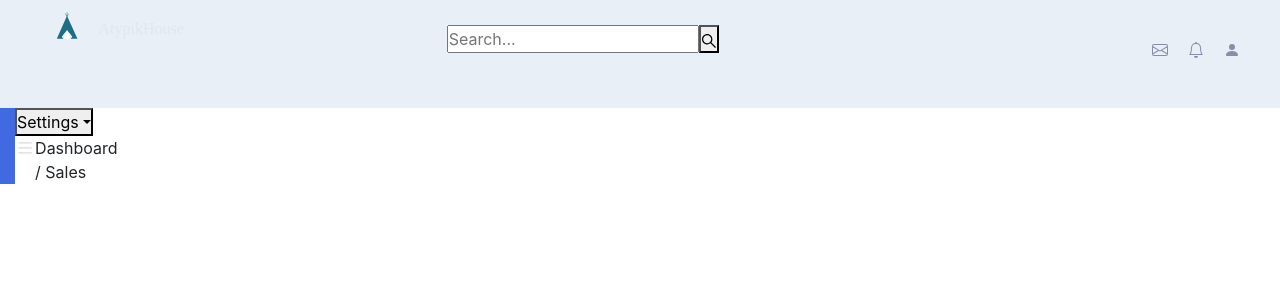
Repository: kifack/API-Symfony-AtypikHouse
Page: / (app in admin-frontend/)
An editor plug-in stored every save of this project. The page is shown before and after the next save, followed by the edit.
The browser window is 1280 px wide. The pictures show the whole page.
Some web libraries are served in a nearby version. The project was rebuilt for these pictures with package versions that can differ from the ones it lists, and the page was loaded fresh each time. Also part of the build but not shown: admin-frontend/src/css/Responsive.css, admin-frontend/src/css/admin/navbar.css, admin-frontend/src/components/template_parts/Header.js, admin-frontend/src/components/template_parts/Footer.js, admin-frontend/src/components/template_parts/Sidebar.js, admin-frontend/src/components/partials/LocationEntry.js, admin-frontend/src/components/template_parts/Spinner.js, admin-frontend/src/actions/location.js and 26 more.

Above is the page before, as saved 2020-10-01 19:30:36.

### admin-frontend/public/index.html
<!DOCTYPE html>
<html lang="en">
  <head>
    <meta charset="utf-8" />
    <link rel="icon" href="%PUBLIC_URL%/atypikhouse.ico" />
    <meta name="viewport" content="width=device-width, initial-scale=1" />
    <meta name="theme-color" content="#000000" />
    <meta
      name="description"
      content="Web site created using create-react-app"
    />
    <link
      rel="stylesheet"
      href="https://use.fontawesome.com/releases/v5.8.1/css/all.css"
      integrity="sha384-50oBUHEmvpQ+1lW4y57PTFmhCaXp0ML5d60M1M7uH2+nqUivzIebhndOJK28anvf"
      crossorigin="anonymous"
    />
    <!--
      manifest.json provides metadata used when your web app is installed on a
      user's mobile device or desktop. See https://developers.google.com/web/fundamentals/web-app-manifest/
    -->
    <!-- <link rel="manifest" href="%PUBLIC_URL%/manifest.json" /> -->
    <!--
      Notice the use of %PUBLIC_URL% in the tags above.
      It will be replaced with the URL of the `public` folder during the build.
      Only files inside the `public` folder can be referenced from the HTML.

      Unlike "/favicon.ico" or "favicon.ico", "%PUBLIC_URL%/favicon.ico" will
      work correctly both with client-side routing and a non-root public URL.
      Learn how to configure a non-root public URL by running `npm run build`.
    -->
    <script
      src="https://code.jquery.com/jquery-3.5.1.min.js"
      integrity="sha256-9/aliU8dGd2tb6OSsuzixeV4y/faTqgFtohetphbbj0="
      crossorigin="anonymous"
    ></script>
    <script src="https://stackpath.bootstrapcdn.com/bootstrap/4.5.2/js/bootstrap.min.js"></script>
    <script
      src="https://code.jquery.com/jquery-3.5.1.min.js"
      integrity="sha256-9/aliU8dGd2tb6OSsuzixeV4y/faTqgFtohetphbbj0="
      crossorigin="anonymous"
    ></script>

    <script src="https://stackpath.bootstrapcdn.com/bootstrap/4.5.2/js/bootstrap.min.js"></script>
    <title>AtypikHouse</title>
  </head>
  <body>
    <noscript>You need to enable JavaScript to run this app.</noscript>
    <div id="root"></div>
    <!--
      This HTML file is a template.
      If you open it directly in the browser, you will see an empty page.

      You can add webfonts, meta tags, or analytics to this file.
      The build step will place the bundled scripts into the <body> tag.

      To begin the development, run `npm start` or `yarn start`.
      To create a production bundle, use `npm run build` or `yarn build`.
    -->
  </body>
</html>

### admin-frontend/src/index.js
import React from 'react';
import ReactDOM from 'react-dom';
import App from './components/App';
import 'bootstrap/dist/css/bootstrap.min.css';
import { Provider } from 'react-redux';
import configureStore from './store/store';
import HeaderBack from './components/backend/HeaderBack';


const store = configureStore();
ReactDOM.render(
  <React.StrictMode>
    <Provider store={store}>
      <HeaderBack />
    </Provider>

  </React.StrictMode>,
  document.getElementById('root')
);

### admin-frontend/src/store/store.js
import { createStore, applyMiddleware } from "redux";
import { composeWithDevTools } from "redux-devtools-extension";
import thunk from "redux-thunk";
import rootReducer from "../reducers";

const configureStore = () => {
  const initialState = {};

  const middleware = [thunk];

  const store = createStore(
    rootReducer,
    initialState,
    composeWithDevTools(applyMiddleware(...middleware))
  );
  return store;
};

export default configureStore;

### admin-frontend/src/components/backend/HeaderBack.js
import React from "react";
import { Navbar, Nav, Image, Row, Container, Col } from "react-bootstrap";
import { BsBell, BsEnvelope, BsFillPersonFill, BsList } from "react-icons/bs";
import { FaSistrix } from "react-icons/fa";
import logo from './../../media/logonegatif.svg';


class HeaderBack extends React.Component{
    render(){
        return(

            <header>
            <Navbar>

                <div className="blue-sky menuhaut">
                <Container >
                <Row className="align-items-center">
                    <Col>
                        <Nav.Link><Image class="logo"src={logo}/><span class="titlesite">AtypikHouse</span></Nav.Link>
                    </Col>
                    <Col>
                        <form >

                        <input  type="text" placeholder="Search..." aria-label="Search"  />
                        <button type="submit" ><FaSistrix className="icons"/></button>
                        </form>
                    </Col>
                    <Col className="d-flex justify-content-end">
                        <Nav.Link><BsEnvelope className="icon-env"/></Nav.Link>
                        <Nav.Link><BsBell className="icon-bell"/></Nav.Link>
                        <Nav.Link><BsFillPersonFill className="icon-person"/></Nav.Link>
                    </Col>
                </Row >
                </Container>
                </div>

                    <div class="blue-sky sous-header">
                    <Container>
                    <Row className="align-items-center">
                        <Col>
                        <button className="dropdown-toggle" type="button" id="setting">Settings</button>
                        </Col>

                        <Col className="d-flex justify-content-end">
                        <BsList class="icon-list"/>
                        <span className="titlelist"> Dashboard / Sales</span>
                        </Col>


                    </Row>
                    </Container>
                    </div>

            </Navbar>
         </header>


        )
    }

}

export default HeaderBack;

### admin-frontend/src/utils/setAuthToken.js
import api from "./api";

const setAuthToken = (token) => {
  if (token) {
    console.log("setting...");
    api.defaults.headers.common.authorization = "Bearer " + token;
    localStorage.setItem("token", token);
  } else {
    console.log("deleting...");
    delete api.defaults.headers.common["Authorization"];
    localStorage.removeItem("token");
  }
};

export default setAuthToken;

### admin-frontend/src/css/App.css
:root {
  --primaryColor: #1c6e86;
  --secondaryColor :#060818;
  --tierColor: #1e2020;
  --white: #ffffff;
}

* {
  margin: 0;
  padding: 0;
  box-sizing: border-box;
}

@font-face {
  font-family: "title-logo";
  src: url("./../polices/vagnotie.otf");
}
@font-face {
  font-family: "title-block";
  src: url("./../polices/Vogue.ttf");
}
@font-face {
  font-family: "title-secondaire";
  src: url("./../polices/ArcaMajora3-Bold.otf");
}
@font-face {
  font-family : "sans-serifSpe";
  src: url("./../polices/Myriad-Pro_31655.ttf");
}

.blue-sky {
  background-color: var(--secondaryColor);
}
body .blue-Marine {
  background-color: var(--primaryColor);
}

.titleBlock {
  font-family: "title-block";
  padding-top: 30px;
  font-size: 1.3rem;
  color: var(--tiercolor);
}
.titleConte{
  text-align: center;
}
.btnNb{
  padding: 10px 20px;
  text-decoration: none;
  border-radius: 20px;
  font-family: "title-secondaire";
  font-size: 1rem;
}
.secondaryNb {
  color: var(--secondaryColor);
}
.btnNb:hover {
  text-decoration: none;
  color: var(--primaryColor);
  background-color: var(--secondaryColor);
}
.conteneurBtn {
  padding-top: 20px;
}
img {
  width: 100%;
}


/*********************************************************** Header backend ************************************************************************************/













/* ################################# Header ###########################*/
header .navbar{
  padding: 0;
  margin: 0;
  display: block;
}

header .menuhaut{
  height: 15vh;
  padding: 0;
  margin: 0;
}
header .menuhaut .col:first-child{
  width: 30%;
  height: 15vh;

}
header .menuhaut .col:nth-child(2){
  width: 30%;
  height: 8vh;

}
header .menuhaut .col:nth-child(3){
  width: 30%;
  height: 5vh;

}
header .menuhaut .col:nth-child(3) .nav-link{
  padding-left: 10px;
  padding-right: 10px;
  padding-top: 0px;
  padding-bottom: 10px;

}

header .menuhaut .row{
  width: 100%;
  height: 15vh;
  margin: 0;
  padding: 0;

}
header .menuhaut .container{
  max-width: 100% ;
  margin: 0;

}

header .container img {
  width: 12%;
  margin-right: 10px;

}

.titlesite, .logo{

  color: #e0e6ed;
  width: 30px;
  font-family: "title-secondair";
  font-size: 1.0rem;
}

.icon-env, .icon-bell, .icon-person {
  color: #888ea8;
}
.icon-list{
  color: #d9dadc;
  width: 30px;
  height: 25px;
 }

/*######  sous header ######*/

header .sous-header{

 background-color: royalblue;
 width: 15px;
}






/*

input{
  background-color: #0e1726;
  border: 0px;
  border-radius: 10px;
  height: 40px;
  width: 60%;
}

button{
  background-color: #0e1726;
  border: 0px;
  border-radius: 10px;
  height: 40px;
}


button#setting {
  background-color: #1a1c2d;
  color: #d2d8df;
  font-size: 10px;
  width: 20%;
  border-radius: 12px;

  }

  .titlelist{
    color: #e9e9ea;
   }
*/

### admin-frontend/src/reducers/index.js
import { combineReducers } from "redux";
import auth from "./auth";
import location from "./location";
import user from "./user";
import comment from "./comment";
import destination from "./destination";
import category from "./category";
import thematic from "./thematic";
import field from "./field";

export default combineReducers({
  auth,
  location,
  user,
  comment,
  destination,
  category,
  thematic,
  field,
});

### admin-frontend/src/utils/api.js
import axios from "axios";
import store from "../store/store";
import { LOGOUT } from "../actions/types";

const api = axios.create({
  baseURL: "http://localhost:8000/api/v01",
  // baseURL: "http://api.f2i-dev2-ami-bc-akb-vyk.fr/api/v01",
  headers: {
    "Content-Type": "application/json",
    Accept: "application/json",
  },
});

const { dispatch } = store;

export default api;

### admin-frontend/src/css/sidebar.css
:root {
  --primaryColor: #0090d9;
  --secondaryColor: #e8f1f8;
  --tierColor: #1e2020;
  --white: #ffffff;
}

.sidebar {
  width: 240px;
  min-height: 100vh;
  transition: 0.4s;
  transition-property: width;
  background-color: #fff;

  /* background-image: linear-gradient(180deg, #4e73df 10%, #224abe 100%); */
  /* overflow-y: auto; */
}

.sidebar ul {
  /* color: var(--primaryColor); */
  height: 100%;
  width: 100%;
  list-style: none;
}
.sidebar .menu li {
  line-height: 60px;
  border-bottom: 1px solid #bdb8d7;
  border-bottom: 1px solid rgba(0, 0, 0, 0.05);
  border-top: 1px solid rgba(255, 255, 255, 0.05);
}
.sidebar .menu li:last-child {
  border-bottom: 1px solid rgba(255, 255, 255, 0.05);
}
.sidebar .menu li a {
  position: relative;
  text-decoration: none;
  color: #6c757d;
  font-size: 16px;
  padding-left: 20px;
  font-weight: 500;
  display: block;
  width: 100%;
  border-left: 3px solid transparent;
}
.sidebar .menu li a > i {
  color: var(--primaryColor);
  padding-right: 8px;
}
.sidebar .menu li.active a {
  color: #fff;
  background: #4e73df;
  /* border-left-color: #000; */
}
.sidebar .menu li a:hover {
  /* background-color: #4e73df; */
  opacity: 0.9;
  color: var(--primaryColor);
}
.sidebar .menu ul {
  position: static;
  display: none;
  background-color: #fff;
}

.sidebar .menu ul li {
  line-height: 50px;
  border-top: none;
  color: var(--primaryColor);
}

.sidebar ul li a .item {
  /* margin-left: 15px; */
  transition: 0.4s;
  transition-property: display;
}
.sidebar .menu ul li a {
  font-size: 15px;
  color: #6c757d;
  padding-left: 50px;
}
.sidebar .menu li.active ul li a {
  color: #e6e6e6;
  background: #1b1b1b;
  border-left-color: transparent;
}
.sidebar .menu ul li a:hover {
  border-left-color: var(--primaryColor);
  border-left-width: 5px;
}
.sidebar li a .caret-menu {
  position: absolute;
  top: 50%;
  right: 20px;
  transform: translateY(-50%);
  font-size: 18px;
  transition: transform 0.7s;
}
.sidebar li a span.rotate {
  transform: translateY(-50%) rotate(-180deg);
}

.wrapper.collapse-sidebar .sidebar {
  width: 70px;
}

.wrapper.collapse-sidebar .main_content {
  width: calc(100% - 70px);
}

.wrapper.collapse-sidebar .sidebar .item,
.submenu,
.wrapper.collapse-sidebar .sidebar .submenu li {
  display: none;
}

### admin-frontend/src/css/card.css
/* Navigation tabs */
:root {
  --primaryColor: #0090d9;
  --secondaryColor: #e8eff7;
  --tierColor: #1e2020;
  --white: #ffffff;
}
.tabs {
  /* width: 730px; */
  height: 100vh;
  overflow: hidden;
  border-radius: 5px;
  box-shadow: 5px 10px 5px #ccc;
  border: 1px solid #eee;
  margin-right: 10px;
}
.tabs .tab-header {
  /* height: 40px; */
  display: flex;
  align-items: center;
  width: 100%;
  padding: 15px;
  /* border: 1px solid #eee; */
}

.tabs .tab-header > div {
  width: calc(100% / 2);
  text-align: center;
  color: #888;
  font-weight: 600;
  cursor: pointer;
  font-size: 14px;
  text-transform: uppercase;
  outline: none;
}
/* .tabs .tab-header > div > i {
  display: block;
  margin-bottom: 5px;
} */
.tabs .tab-header > div.active {
  color: var(--primaryColor);
}
.tabs .tab-indicator {
  position: relative;
  width: calc(100% / 2);
  height: 5px;
  background: var(--primaryColor);
  left: 0px;
  border-radius: 5px;
  transition: all 500ms ease-in-out;
}
.tabs .tab-body {
  position: relative;
  height: calc(100% - 60px);
  padding: 10px 5px;
}
.tabs .tab-body > div {
  padding: 20px;
  position: absolute;
  width: 100%;
  top: -200%;
  opacity: 0;
  transform: scale(0.9);
  transition: opacity 500ms ease-in-out 0ms, transform 500ms ease-in-out 0ms;
}
.tabs .tab-body > div.active {
  top: 0px;
  opacity: 1;
  transform: scale(1);
}

/* Display location  */
.img-container {
  position: relative;
}
/* Next & previous buttons */
.prev,
.next {
  cursor: pointer;
  position: absolute;
  text-decoration: none !important;
  top: 50%;
  width: auto;
  margin-top: -22px;
  padding: 16px;
  color: white !important;
  font-weight: bold;
  font-size: 18px;
  transition: 0.6s ease;
  border-radius: 0 3px 3px 0;
  user-select: none;
}

/* Position the "next button" to the right */
.next {
  right: 0;
  border-radius: 3px 0 0 3px;
}
.prev {
  left: 0;
}

/* On hover, add a black background color with a little bit see-through */
.prev:hover,
.next:hover {
  background-color: rgba(0, 0, 0, 0.8);
}
/* Fading animation */
.custom-fade {
  -webkit-animation-name: fade;
  -webkit-animation-duration: 1.5s;
  animation-name: fade;
  animation-duration: 1.5s;
}

@-webkit-keyframes fade {
  from {
    opacity: 0.4;
  }
  to {
    opacity: 1;
  }
}

@keyframes fade {
  from {
    opacity: 0.4;
  }
  to {
    opacity: 1;
  }
}

### admin-frontend/src/reducers/auth.js
import {
  LOAD_USER_REQUEST,
  USER_LOADED,
  AUTH_ERROR,
  LOGIN_REQUEST,
  LOGIN_SUCCESS,
  LOGIN_FAIL,
  LOGOUT,
} from "../actions/types";
import setAuthToken from "../utils/setAuthToken";

const initialState = {
  token: localStorage.getItem("token"),
  isAuthenticated: false,
  loading: false,
  user: null,
  isLogining: false,
  error: null,
};

export default function (state = initialState, action) {
  const { type, payload } = action;

  switch (type) {
    case LOAD_USER_REQUEST:
      return {
        ...state,
        loading: true,
      };
    case USER_LOADED:
      if (payload.roles.indexOf("ROLE_ADMIN") >= 0) {
        return {
          ...state,
          isAuthenticated: true,
          loading: false,
          user: payload,
        };
      } else {
        return {
          ...state,
          isAuthenticated: false,
          loading: false,
          error: "Vous n'avez pas des droits d'accés",
        };
      }
    case LOGIN_REQUEST:
      return {
        ...state,
        isLogining: true,
      };
    case LOGIN_SUCCESS:
      if (payload.user.roles.indexOf("ROLE_ADMIN") >= 0) {
        localStorage.setItem("token", payload.token);
        setAuthToken(payload.token);
        return {
          ...state,
          isAuthenticated: true,
          isLogining: false,
          user: payload.user,
        };
      } else {
        return {
          ...state,
          isAuthenticated: false,
          isLogining: false,
          error: "Vous n'avez pas des droits d'accéss",
        };
      }

    case AUTH_ERROR:
    case LOGOUT:
      console.log("logout");
      localStorage.removeItem("token");
      return {
        ...state,
        token: null,
        isAuthenticated: false,
        loading: false,
        user: null,
        error: payload,
      };

    case LOGIN_FAIL:
      return {
        ...state,
        isLogining: false,
        error: payload.message,
      };

    default:
      return state;
  }
}

### admin-frontend/src/reducers/location.js
import {
  LOAD_LOCATIONS,
  LOAD_LOCATIONS_SUCCESS,
  LOAD_LOCATIONS_ERROR,
  VALIDATE_LOCATION,
  VALIDATE_LOCATION_ERROR,
  DEACTIVATE_LOCATION,
  DEACTIVATE_LOCATION_ERROR,
  LOAD_LOCATION,
  LOAD_LOCATION_SUCCESS,
  LOAD_LOCATION_ERROR,
} from "../actions/types";

const initialState = {
  locations: [],
  location: null,
  loading: false,
  loadingLocation: true,
};

export default function (state = initialState, action) {
  const { type, payload } = action;
  let index, locations;

  switch (type) {
    case LOAD_LOCATIONS:
      return {
        ...state,
        loading: true,
      };
    case LOAD_LOCATIONS_SUCCESS:
      return {
        ...state,
        locations: payload,
        loading: false,
      };

    case LOAD_LOCATION:
      return {
        ...state,
        loadingLocation: true,
        location: null,
      };
    case LOAD_LOCATION_SUCCESS:
      return {
        ...state,
        location: payload,
        loadingLocation: false,
      };
    case VALIDATE_LOCATION:
      index = state.locations.findIndex((item) => item.id === payload);
      locations = state.locations;
      locations[index].status = 1;

      return {
        ...state,
        locations: [...locations],
        loading: false,
      };
    case DEACTIVATE_LOCATION:
      index = state.locations.findIndex((item) => item.id === payload);
      locations = state.locations;
      locations[index].status = 2;

      return {
        ...state,
        locations: [...locations],
        loading: false,
      };

    default:
      return state;
  }
}

### admin-frontend/src/reducers/user.js
import {
  LOAD_USERS,
  LOAD_USERS_ERROR,
  LOAD_USERS_SUCCESS,
  LOAD_USER,
  LOAD_USER_SUCCESS,
  LOAD_USER_ERROR,
  TOGGLE_SIDEBAR,
  ACTIVATE_USER,
  ACTIVATE_USER_ERROR,
  DEACTIVATE_USER,
  DEACTIVATE_USER_ERROR,
} from "../actions/types";

const initialState = {
  users: [],
  user: null,
  loading: false,
  loadingUser: true,
  showSidebar: true,
};

export default function (state = initialState, action) {
  const { type, payload } = action;
  let index, users;

  switch (type) {
    case LOAD_USERS:
      return {
        ...state,
        loading: true,
      };
    case LOAD_USERS_SUCCESS:
      return {
        ...state,
        users: payload,
        loading: false,
      };

    case LOAD_USER:
      return {
        ...state,
        user: null,
        loadingUser: true,
      };
    case LOAD_USER_SUCCESS:
      return {
        ...state,
        user: payload,
        loadingUser: false,
      };
    case ACTIVATE_USER:
      index = state.users.findIndex((item) => item.id === payload);
      users = state.users;
      users[index].status = 1;

      return {
        ...state,
        users: [...users],
        loading: false,
      };
    case DEACTIVATE_USER:
      index = state.users.findIndex((item) => item.id === payload);
      users = state.users;
      users[index].status = 0;

      return {
        ...state,
        users: [...users],
        loading: false,
      };

    case TOGGLE_SIDEBAR:
      return {
        ...state,
        showSidebar: !state.showSidebar,
      };

    default:
      return state;
  }
}

### admin-frontend/src/reducers/comment.js
import {
  LOAD_COMMENTS,
  LOAD_COMMENTS_SUCCESS,
  LOAD_COMMENTS_ERROR,
  DELETE_COMMENT,
  DELETE_COMMENT_ERROR,
} from "../actions/types";

const initialState = {
  comments: [],
  loading: false,
};

export default function (state = initialState, action) {
  const { type, payload } = action;

  switch (type) {
    case LOAD_COMMENTS:
      return {
        ...state,
        loading: true,
      };

    case LOAD_COMMENTS_SUCCESS:
      return {
        ...state,
        comments: payload,
        loading: false,
      };
    case DELETE_COMMENT:
      let filteredComments = state.comments.filter(
        (item) => item.id !== payload
      );
      return {
        ...state,
        comments: [...filteredComments],
        loading: false,
      };

    default:
      return state;
  }
}

### admin-frontend/src/reducers/destination.js
import {
  LOAD_DESTINATIONS,
  LOAD_DESTINATIONS_SUCCESS,
  LOAD_DESTINATIONS_ERROR,
  ADD_DESTINATION,
  ADD_DESTINATION_ERROR,
} from "../actions/types";

const initialState = {
  destinations: [],
  loading: false,
};

export default function (state = initialState, action) {
  const { type, payload } = action;

  switch (type) {
    case ADD_DESTINATION:
      return {
        ...state,
        destinations: [...state.destinations, payload],
        loading: false,
      };
    case LOAD_DESTINATIONS:
      return {
        ...state,
        loading: true,
      };
    case LOAD_DESTINATIONS_SUCCESS:
      return {
        ...state,
        destinations: payload,
        loading: false,
      };

    default:
      return state;
  }
}

### admin-frontend/src/reducers/category.js
import {
  LOAD_CATEGORIES,
  LOAD_CATEGORIES_SUCCESS,
  LOAD_CATEGORIES_ERROR,
  ADD_CATEGORY,
  ADD_CATEGORY_ERROR,
} from "../actions/types";

const initialState = {
  categories: [],
  loading: false,
};

export default function (state = initialState, action) {
  const { type, payload } = action;

  switch (type) {
    case LOAD_CATEGORIES:
      return {
        ...state,
        loading: true,
      };
    case LOAD_CATEGORIES_SUCCESS:
      return {
        ...state,
        categories: [...payload],
        loading: false,
      };
    case ADD_CATEGORY:
      return {
        ...state,
        categories: [...state.categories, payload],
        loading: false,
      };

    default:
      return state;
  }
}

### admin-frontend/src/reducers/thematic.js
import {
  LOAD_THEMATICS,
  LOAD_THEMATICS_SUCCESS,
  LOAD_THEMATICS_ERROR,
  ADD_THEMATIC,
  ADD_THEMATIC_ERROR,
} from "../actions/types";

const initialState = {
  thematics: [],
  loading: false,
};

export default function (state = initialState, action) {
  const { type, payload } = action;

  switch (type) {
    case ADD_THEMATIC:
      return {
        ...state,
        thematics: [...state.thematics, payload],
        loading: false,
      };

    case LOAD_THEMATICS:
      return {
        ...state,
        loading: true,
      };

    case LOAD_THEMATICS_SUCCESS:
      return {
        ...state,
        thematics: payload,
        loading: false,
      };

    default:
      return state;
  }
}

### admin-frontend/src/reducers/field.js
import {
  LOAD_FIELDS,
  LOAD_FIELDS_ERROR,
  ADD_FIELD,
  ADD_FIELD_ERROR,
} from "../actions/types";

const initialState = {
  fields: [],
  loading: true,
};

export default function (state = initialState, action) {
  const { type, payload } = action;

  switch (type) {
    case LOAD_FIELDS:
      return {
        ...state,
        fields: [...payload],
        loading: false,
      };
    case ADD_FIELD:
      return {
        ...state,
        fields: [...state.fields, payload],
        loading: false,
      };

    default:
      return state;
  }
}

### admin-frontend/src/css/spinner.css
/* https://projects.lukehaas.me/css-loaders/ */
:root {
  --primaryColor: #0090d9;
  --secondaryColor: #e8eff7;
  --tierColor: #1e2020;
  --white: #ffffff;
}

.spinner {
  width: 100%;
  height: 100%;
  display: flex;
  align-items: center;
  justify-content: center;
  /* background-color: rgb(0, 0, 0); */
  /* background-color: #eee; */
}

.loader {
  color: var(--primaryColor);
  font-size: 20px;
  margin: 100px auto;
  width: 1em;
  height: 1em;
  border-radius: 50%;
  position: relative;
  text-indent: -9999em;
  -webkit-animation: load4 1.3s infinite linear;
  animation: load4 1.3s infinite linear;
  -webkit-transform: translateZ(0);
  -ms-transform: translateZ(0);
  transform: translateZ(0);
}
@-webkit-keyframes load4 {
  0%,
  100% {
    box-shadow: 0 -3em 0 0.2em, 2em -2em 0 0em, 3em 0 0 -1em, 2em 2em 0 -1em,
      0 3em 0 -1em, -2em 2em 0 -1em, -3em 0 0 -1em, -2em -2em 0 0;
  }
  12.5% {
    box-shadow: 0 -3em 0 0, 2em -2em 0 0.2em, 3em 0 0 0, 2em 2em 0 -1em,
      0 3em 0 -1em, -2em 2em 0 -1em, -3em 0 0 -1em, -2em -2em 0 -1em;
  }
  25% {
    box-shadow: 0 -3em 0 -0.5em, 2em -2em 0 0, 3em 0 0 0.2em, 2em 2em 0 0,
      0 3em 0 -1em, -2em 2em 0 -1em, -3em 0 0 -1em, -2em -2em 0 -1em;
  }
  37.5% {
    box-shadow: 0 -3em 0 -1em, 2em -2em 0 -1em, 3em 0em 0 0, 2em 2em 0 0.2em,
      0 3em 0 0em, -2em 2em 0 -1em, -3em 0em 0 -1em, -2em -2em 0 -1em;
  }
  50% {
    box-shadow: 0 -3em 0 -1em, 2em -2em 0 -1em, 3em 0 0 -1em, 2em 2em 0 0em,
      0 3em 0 0.2em, -2em 2em 0 0, -3em 0em 0 -1em, -2em -2em 0 -1em;
  }
  62.5% {
    box-shadow: 0 -3em 0 -1em, 2em -2em 0 -1em, 3em 0 0 -1em, 2em 2em 0 -1em,
      0 3em 0 0, -2em 2em 0 0.2em, -3em 0 0 0, -2em -2em 0 -1em;
  }
  75% {
    box-shadow: 0em -3em 0 -1em, 2em -2em 0 -1em, 3em 0em 0 -1em, 2em 2em 0 -1em,
      0 3em 0 -1em, -2em 2em 0 0, -3em 0em 0 0.2em, -2em -2em 0 0;
  }
  87.5% {
    box-shadow: 0em -3em 0 0, 2em -2em 0 -1em, 3em 0 0 -1em, 2em 2em 0 -1em,
      0 3em 0 -1em, -2em 2em 0 0, -3em 0em 0 0, -2em -2em 0 0.2em;
  }
}
@keyframes load4 {
  0%,
  100% {
    box-shadow: 0 -3em 0 0.2em, 2em -2em 0 0em, 3em 0 0 -1em, 2em 2em 0 -1em,
      0 3em 0 -1em, -2em 2em 0 -1em, -3em 0 0 -1em, -2em -2em 0 0;
  }
  12.5% {
    box-shadow: 0 -3em 0 0, 2em -2em 0 0.2em, 3em 0 0 0, 2em 2em 0 -1em,
      0 3em 0 -1em, -2em 2em 0 -1em, -3em 0 0 -1em, -2em -2em 0 -1em;
  }
  25% {
    box-shadow: 0 -3em 0 -0.5em, 2em -2em 0 0, 3em 0 0 0.2em, 2em 2em 0 0,
      0 3em 0 -1em, -2em 2em 0 -1em, -3em 0 0 -1em, -2em -2em 0 -1em;
  }
  37.5% {
    box-shadow: 0 -3em 0 -1em, 2em -2em 0 -1em, 3em 0em 0 0, 2em 2em 0 0.2em,
      0 3em 0 0em, -2em 2em 0 -1em, -3em 0em 0 -1em, -2em -2em 0 -1em;
  }
  50% {
    box-shadow: 0 -3em 0 -1em, 2em -2em 0 -1em, 3em 0 0 -1em, 2em 2em 0 0em,
      0 3em 0 0.2em, -2em 2em 0 0, -3em 0em 0 -1em, -2em -2em 0 -1em;
  }
  62.5% {
    box-shadow: 0 -3em 0 -1em, 2em -2em 0 -1em, 3em 0 0 -1em, 2em 2em 0 -1em,
      0 3em 0 0, -2em 2em 0 0.2em, -3em 0 0 0, -2em -2em 0 -1em;
  }
  75% {
    box-shadow: 0em -3em 0 -1em, 2em -2em 0 -1em, 3em 0em 0 -1em, 2em 2em 0 -1em,
      0 3em 0 -1em, -2em 2em 0 0, -3em 0em 0 0.2em, -2em -2em 0 0;
  }
  87.5% {
    box-shadow: 0em -3em 0 0, 2em -2em 0 -1em, 3em 0 0 -1em, 2em 2em 0 -1em,
      0 3em 0 -1em, -2em 2em 0 0, -3em 0em 0 0, -2em -2em 0 0.2em;
  }
}

Loaded but not shown: admin-frontend/src/actions/types.js (79 lines, source omitted)

After the next save:
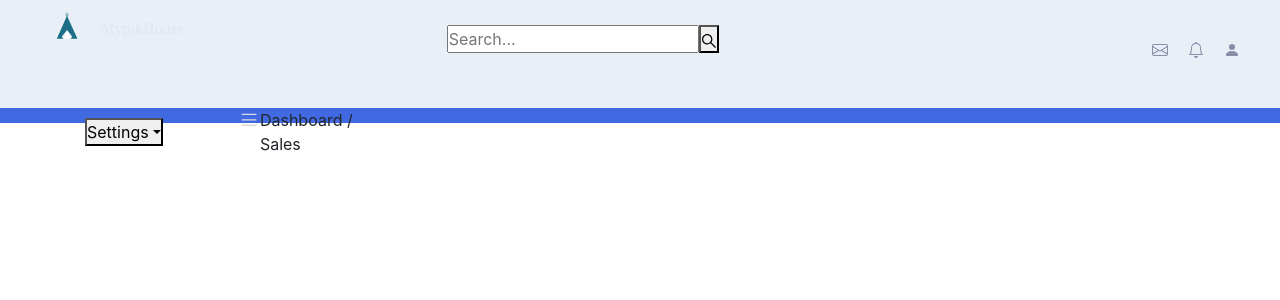
Saved 13 s later.
--- a/admin-frontend/src/css/App.css
+++ b/admin-frontend/src/css/App.css
@@ -157,7 +157,7 @@ header .container img {
 header .sous-header{
 
  background-color: royalblue;
- width: 15px;
+ height: 15px;
 }
 
 
